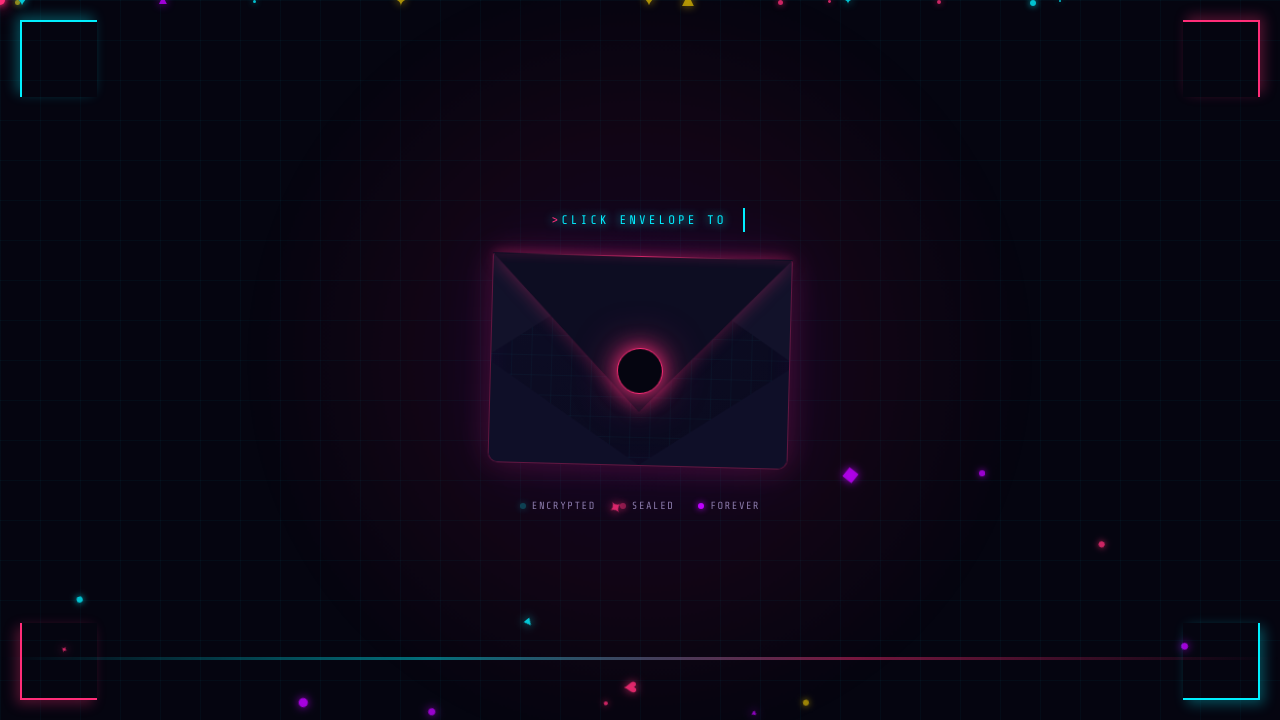
Repository: Markpol2003/letter
Page: /
An editor plug-in stored every save of this project. The page is shown before and after the next save, followed by the edit.
The browser window is 1280 px wide. The pictures show the whole page.
The project was rebuilt for these pictures with package versions that can differ from the ones it lists, and the page was loaded fresh each time. Also part of the build but not shown: vite.config.js, src/components/TextPortrait.module.css, src/components/TextPortrait.jsx, src/components/LetterOverlay.module.css, src/components/LetterOverlay.jsx, src/components/DecryptOverlay.module.css, src/components/DecryptOverlay.jsx.

Above is the page before, as saved 2026-03-16 17:20:15.

### index.html
<!doctype html>
<html lang="en">
  <head>
    <meta charset="UTF-8" />
    <link rel="icon" type="image/svg+xml" href="/favicon.svg" />
    <meta name="viewport" content="width=device-width, initial-scale=1.0" />
    <title>Secret</title>
  </head>
  <body>
    <div id="root"></div>
    <script type="module" src="/src/main.jsx"></script>
  </body>
</html>

### src/index.css
@import url('https://fonts.googleapis.com/css2?family=Share+Tech+Mono&family=Orbitron:wght@400;700;900&family=Rajdhani:wght@300;400;600&display=swap');

*, *::before, *::after {
  margin: 0;
  padding: 0;
  box-sizing: border-box;
}

html {
  font-size: 16px;
}

:root {
  --neon-pink:    #ff2d78;
  --neon-purple:  #bf00ff;
  --neon-cyan:    #00f0ff;
  --neon-gold:    #ffd700;
  --dark-bg:      #050510;
  --dark-card:    #0a0a1a;
  --dark-glass:   rgba(8, 8, 22, 0.82);
  --text-primary: #f0e6ff;
  --text-muted:   #8a7aaa;
}

body {
  background: var(--dark-bg);
  font-family: 'Rajdhani', sans-serif;
  overflow: hidden;
}

### src/App.jsx
import { useState, useCallback } from 'react';
import Background     from './components/Background';
import Particles      from './components/Particles';
import HintText       from './components/HintText';
import Envelope       from './components/Envelope';
import StatsRow       from './components/StatsRow';
import LetterOverlay  from './components/LetterOverlay';
import CursorEffect   from './components/CursorEffect';
import BootIntro      from './components/BootIntro';
import DecryptOverlay from './components/DecryptOverlay';
import Confetti       from './components/Confetti';
import styles         from './App.module.css';

/* stages: 'boot' → 'main' → 'decrypt' → 'letter' */

export default function App() {
  const [stage,        setStage]        = useState('boot');
  const [envelopeOpen, setEnvelopeOpen] = useState(false);
  const [confetti,     setConfetti]     = useState(false);

  /* boot done → show main screen */
  const handleBootDone = useCallback(() => setStage('main'), []);

  /* envelope clicked → start decrypt */
  const handleEnvelopeClick = useCallback(() => {
    if (stage !== 'main') return;
    setEnvelopeOpen(true);
    setStage('decrypt');
  }, [stage]);

  /* decrypt done → show letter + confetti */
  const handleDecryptDone = useCallback(() => {
    setStage('letter');
    setConfetti(true);
    setTimeout(() => setConfetti(false), 4000);
  }, []);

  /* close letter → back to main */
  const handleClose = useCallback(() => {
    setStage('main');
    setEnvelopeOpen(false);
  }, []);

  return (
    <div className={styles.app}>
      <CursorEffect />

      {/* always mounted */}
      <Background />
      <Particles />

      {/* boot intro */}
      {stage === 'boot' && (
        <BootIntro onDone={handleBootDone} />
      )}

      {/* main scene */}
      {(stage === 'main' || stage === 'decrypt' || stage === 'letter') && (
        <>
          <HintText />
          <Envelope
            isOpen={envelopeOpen}
            onClick={handleEnvelopeClick}
          />
          <StatsRow />
        </>
      )}

      {/* decrypt overlay */}
      {stage === 'decrypt' && (
        <DecryptOverlay onDone={handleDecryptDone} />
      )}

      {/* letter */}
      {stage === 'letter' && (
        <LetterOverlay onClose={handleClose} />
      )}

      {/* confetti */}
      <Confetti active={confetti} />
    </div>
  );
}

### src/components/Background.jsx
import styles from './Background.module.css';

export default function Background() {
  return (
    <>
      <div className={styles.gridBg}    />
      <div className={styles.glowCenter}/>
      <div className={styles.scanline}  />
      <div className={`${styles.cornerDecor} ${styles.tl}`}/>
      <div className={`${styles.cornerDecor} ${styles.tr}`}/>
      <div className={`${styles.cornerDecor} ${styles.bl}`}/>
      <div className={`${styles.cornerDecor} ${styles.br}`}/>
    </>
  );
}

### src/components/Particles.jsx
import { useMemo } from 'react';
import styles from './Particles.module.css';

const COLORS = [
  'rgba(255,45,120,0.8)',
  'rgba(0,240,255,0.8)',
  'rgba(191,0,255,0.8)',
  'rgba(255,215,0,0.6)',
];
const SHAPES = ['♥','◆','▲','✦','●'];

export default function Particles() {
  const items = useMemo(() => {
    const count = window.innerWidth < 480 ? 14 : 28;
    return Array.from({ length: count }, (_, i) => {
      const useShape = Math.random() > 0.5;
      const color    = COLORS[Math.floor(Math.random() * COLORS.length)];
      return {
        id:       i,
        useShape,
        color,
        shape:    SHAPES[Math.floor(Math.random() * SHAPES.length)],
        left:     Math.random() * 100,
        size:     useShape ? null : 2 + Math.random() * 4,
        fontSize: useShape ? 0.5 + Math.random() * 0.9 : null,
        duration: 8  + Math.random() * 14,
        delay:    Math.random() * 10,
      };
    });
  }, []);

  return (
    <div className={styles.container}>
      {items.map(p => (
        <span
          key={p.id}
          className={styles.particle}
          style={{
            left:              `${p.left}vw`,
            width:             p.useShape ? 0 : `${p.size}px`,
            height:            p.useShape ? 0 : `${p.size}px`,
            fontSize:          p.useShape ? `${p.fontSize}rem` : 0,
            background:        p.useShape ? 'transparent' : p.color,
            color:             p.color,
            boxShadow:         p.useShape ? 'none' : `0 0 6px ${p.color}`,
            textShadow:        '0 0 8px currentColor',
            animationDuration: `${p.duration}s`,
            animationDelay:    `${p.delay}s`,
          }}
        >
          {p.useShape ? p.shape : null}
        </span>
      ))}
    </div>
  );
}

### src/components/HintText.jsx
import { useEffect, useState } from 'react';
import styles from './HintText.module.css';

const MSG = 'click envelope to decrypt message';

export default function HintText() {
  const [text, setText] = useState('');
  const [done, setDone] = useState(false);

  useEffect(() => {
    setText('');
    setDone(false);
    let i = 0;

    const t = setInterval(() => {
      // increment first, then slice — no off-by-one
      i++;
      setText(MSG.slice(0, i));

      if (i >= MSG.length) {
        clearInterval(t);
        setDone(true);
      }
    }, 65);

    return () => clearInterval(t);
  }, []);

  return (
    <p className={`${styles.hint} ${done ? styles.done : ''}`}>
      {text}
    </p>
  );
}

### src/components/Envelope.jsx
import styles from './Envelope.module.css';

export default function Envelope({ isOpen, onClick }) {
  return (
    <div
      className={`${styles.wrapper} ${isOpen ? styles.open : ''}`}
      onClick={onClick}
      role="button"
      tabIndex={0}
      onKeyDown={e => e.key === 'Enter' && onClick()}
      aria-label="Open love letter"
    >
      <div className={styles.envelope}>
        <div className={styles.envBody}>
          <div className={styles.envLeft}  />
          <div className={styles.envRight} />
          <div className={styles.envBottom}/>
        </div>
        <div className={styles.envFlap} />
        <div className={styles.seal}>💗</div>
      </div>
    </div>
  );
}

### src/components/StatsRow.jsx
import styles from './StatsRow.module.css';

const STATS = [
  { label: 'ENCRYPTED', cls: 'cyan'   },
  { label: 'SEALED',    cls: 'pink'   },
  { label: 'FOREVER',   cls: 'purple' },
];

export default function StatsRow() {
  return (
    <div className={styles.row}>
      {STATS.map(s => (
        <div key={s.label} className={styles.chip}>
          <span className={`${styles.dot} ${styles[s.cls]}`} />
          {s.label}
        </div>
      ))}
    </div>
  );
}

### src/components/BootIntro.jsx
import { useEffect, useState } from 'react';
import styles from './BootIntro.module.css';

const BOOT_LINES = [
  { text: 'BIOS v2.0.78 initialized...',          delay: 0    },
  { text: 'Loading kernel modules...',             delay: 300  },
  { text: 'Mounting file system... OK',            delay: 600  },
  { text: 'Checking memory integrity... PASSED',   delay: 900  },
  { text: 'Network interface... ONLINE',           delay: 1200 },
  { text: 'Encryption layer... ACTIVE',            delay: 1500 },
  { text: 'Scanning for packages...',              delay: 1800 },
  { text: '> Found: SECRET_MSG.enc [1 file]',      delay: 2100 },
  { text: 'Decryption key... VERIFIED ✓',          delay: 2500 },
  { text: 'Launching LETTER.EXE...',               delay: 2900 },
];

export default function BootIntro({ onDone }) {
  const [lines,   setLines]   = useState([]);
  const [barW,    setBarW]    = useState(0);
  const [exiting, setExiting] = useState(false);

  useEffect(() => {
    /* reveal lines one by one */
    const timers = BOOT_LINES.map((l, i) =>
      setTimeout(() => {
        setLines(prev => [...prev, l.text]);
        setBarW(Math.round(((i + 1) / BOOT_LINES.length) * 100));
      }, l.delay)
    );

    /* exit after last line */
    const exitTimer = setTimeout(() => {
      setExiting(true);
      setTimeout(onDone, 700);
    }, 3600);

    return () => {
      timers.forEach(clearTimeout);
      clearTimeout(exitTimer);
    };
  }, [onDone]);

  return (
    <div className={`${styles.wrap} ${exiting ? styles.exit : ''}`}>
      <div className={styles.screen}>

        {/* top bar */}
        <div className={styles.topBar}>
          <span className={styles.topBarDot} />
          <span className={styles.topBarDot} />
          <span className={styles.topBarDot} />
          <span className={styles.topBarTitle}>SYSTEM_BOOT.exe</span>
        </div>

        {/* lines */}
        <div className={styles.lines}>
          {lines.map((l, i) => (
            <div key={i} className={styles.line}>
              <span className={styles.prompt}>{'>'}</span>
              <span className={styles.lineText}>{l}</span>
            </div>
          ))}

          {/* blinking cursor on last line */}
          {lines.length < BOOT_LINES.length && (
            <div className={styles.line}>
              <span className={styles.prompt}>{'>'}</span>
              <span className={styles.caret}>█</span>
            </div>
          )}
        </div>

        {/* progress bar */}
        <div className={styles.barWrap}>
          <div className={styles.barLabel}>
            LOADING {barW}%
          </div>
          <div className={styles.barTrack}>
            <div
              className={styles.barFill}
              style={{ width: `${barW}%` }}
            />
          </div>
        </div>

      </div>
    </div>
  );
}

### src/App.module.css
.app {
  min-height: 100vh;
  min-height: 100dvh;
  display: flex;
  flex-direction: column;
  align-items: center;
  justify-content: center;
  position: relative;
  overflow: hidden;
}

### src/components/Background.module.css
.gridBg {
  position: fixed;
  inset: 0;
  background-image:
    linear-gradient(rgba(0,240,255,0.035) 1px, transparent 1px),
    linear-gradient(90deg, rgba(0,240,255,0.035) 1px, transparent 1px);
  background-size: 40px 40px;
  z-index: 0;
  pointer-events: none;
}

.glowCenter {
  position: fixed;
  top: 50%; left: 50%;
  transform: translate(-50%, -50%);
  width: clamp(300px, 80vw, 700px);
  height: clamp(300px, 80vw, 700px);
  background: radial-gradient(
    circle,
    rgba(191,0,255,0.12)  0%,
    rgba(255,45,120,0.08) 40%,
    transparent           70%
  );
  border-radius: 50%;
  pointer-events: none;
  z-index: 0;
  animation: breathe 4s ease-in-out infinite;
}
@keyframes breathe {
  0%,100% { transform: translate(-50%,-50%) scale(1);   opacity: 1;   }
  50%      { transform: translate(-50%,-50%) scale(1.2); opacity: 0.6; }
}

.scanline {
  position: fixed;
  top: 0; left: 0;
  width: 100%; height: 3px;
  background: linear-gradient(90deg,
    transparent, var(--neon-cyan), var(--neon-pink), transparent);
  animation: scanDown 6s linear infinite;
  opacity: 0.45;
  z-index: 1;
  pointer-events: none;
}
@keyframes scanDown {
  0%   { top: -3px;  }
  100% { top: 100vh; }
}

.cornerDecor {
  position: fixed;
  width: clamp(40px, 6vw, 80px);
  height: clamp(40px, 6vw, 80px);
  pointer-events: none;
  z-index: 1;
}
.tl {
  top: clamp(10px,2vw,20px);
  left: clamp(10px,2vw,20px);
  border-top:  2px solid var(--neon-cyan);
  border-left: 2px solid var(--neon-cyan);
  box-shadow: -4px -4px 12px rgba(0,240,255,0.3);
}
.tr {
  top: clamp(10px,2vw,20px);
  right: clamp(10px,2vw,20px);
  border-top:   2px solid var(--neon-pink);
  border-right: 2px solid var(--neon-pink);
  box-shadow: 4px -4px 12px rgba(255,45,120,0.3);
}
.bl {
  bottom: clamp(10px,2vw,20px);
  left: clamp(10px,2vw,20px);
  border-bottom: 2px solid var(--neon-pink);
  border-left:   2px solid var(--neon-pink);
  box-shadow: -4px 4px 12px rgba(255,45,120,0.3);
}
.br {
  bottom: clamp(10px,2vw,20px);
  right: clamp(10px,2vw,20px);
  border-bottom: 2px solid var(--neon-cyan);
  border-right:  2px solid var(--neon-cyan);
  box-shadow: 4px 4px 12px rgba(0,240,255,0.3);
}

@media (max-width: 480px) {
  .cornerDecor { display: none; }
}

### src/components/Particles.module.css
.container {
  position: fixed;
  inset: 0;
  pointer-events: none;
  z-index: 0;
}
.particle {
  position: absolute;
  border-radius: 50%;
  display: flex;
  align-items: center;
  justify-content: center;
  animation: floatUp linear infinite;
}
@keyframes floatUp {
  0%   { transform: translateY(110vh) rotate(0deg);   opacity: 0; }
  10%  { opacity: 1; }
  90%  { opacity: 1; }
  100% { transform: translateY(-10vh) rotate(720deg); opacity: 0; }
}

### src/components/HintText.module.css
.hint {
  position: relative;
  z-index: 2;
  font-family: 'Share Tech Mono', monospace;
  font-size: clamp(0.6rem, 1.8vw, 0.78rem);
  letter-spacing: clamp(1px, 0.5vw, 3px);
  text-transform: uppercase;
  color: var(--neon-cyan);
  margin-bottom: clamp(16px, 3vw, 30px);
  text-shadow: 0 0 10px var(--neon-cyan);
  text-align: center;
  padding: 0 16px;

  /* fixed height so the page doesn't jump while typing */
  min-height: 2em;
  display: flex;
  align-items: center;
  justify-content: center;

  /* cursor blink while typing */
  border-right: 2px solid var(--neon-cyan);
  white-space: nowrap;
  overflow: hidden;
}

/* remove cursor when done typing */
.done {
  border-right: 2px solid transparent;
  /* subtle pulse after typing finishes */
  animation: pulse 3s ease-in-out infinite;
}

@keyframes pulse {
  0%,100% { opacity: 1;   }
  50%      { opacity: 0.5; }
}

.hint::before {
  content: '> ';
  color: var(--neon-pink);
  flex-shrink: 0;
}

/* on very small screens allow wrapping */
@media (max-width: 380px) {
  .hint {
    white-space: normal;
    border-right: none;
    font-size: 0.6rem;
    letter-spacing: 1px;
    text-align: center;
    animation: pulse 3s ease-in-out infinite;
  }
  .done {
    border-right: none;
  }
}

### src/components/StatsRow.module.css
.row {
  position: relative;
  z-index: 2;
  display: flex;
  flex-wrap: wrap;
  gap: clamp(10px, 2.5vw, 24px);
  margin-top: clamp(16px, 3vw, 28px);
  justify-content: center;
}
.chip {
  font-family: 'Share Tech Mono', monospace;
  font-size: clamp(0.55rem, 1.5vw, 0.65rem);
  letter-spacing: 1.5px;
  text-transform: uppercase;
  color: var(--text-muted);
  display: flex; align-items: center; gap: 6px;
}
.dot {
  width: 6px; height: 6px;
  border-radius: 50%;
  flex-shrink: 0;
  animation: blink 2s ease-in-out infinite;
}
.cyan   { background: var(--neon-cyan);   box-shadow: 0 0 6px var(--neon-cyan);   }
.pink   { background: var(--neon-pink);   box-shadow: 0 0 6px var(--neon-pink);   animation-delay: 0.6s;  }
.purple { background: var(--neon-purple); box-shadow: 0 0 6px var(--neon-purple); animation-delay: 1.2s; }
@keyframes blink {
  0%,100% { opacity: 1;   }
  50%      { opacity: 0.2; }
}

### src/components/CursorEffect.module.css
/* hide on touch devices */
@media (hover: none) and (pointer: coarse) {
  .cursor, .ring { display: none; }
}

.cursor {
  position: fixed;
  top:  0;
  left: 0;
  margin-left: -5px;
  margin-top:  -5px;
  width:  10px;
  height: 10px;
  border-radius: 50%;
  background: var(--neon-pink);
  box-shadow:
    0 0 6px  var(--neon-pink),
    0 0 14px var(--neon-pink),
    0 0 28px rgba(255,45,120,0.5);
  pointer-events: none;
  z-index: 99999;
  transition:
    width      0.2s ease,
    height     0.2s ease,
    background 0.2s ease,
    box-shadow 0.2s ease;
  will-change: transform;
}

.cursorHover {
  width:  6px;
  height: 6px;
  background: var(--neon-cyan);
  box-shadow:
    0 0 8px  var(--neon-cyan),
    0 0 20px var(--neon-cyan);
}

.ring {
  position: fixed;
  top:  0;
  left: 0;
  margin-left: -20px;
  margin-top:  -20px;
  width:  40px;
  height: 40px;
  border-radius: 50%;
  border: 1.5px solid var(--neon-pink);
  box-shadow:
    0 0 8px rgba(255,45,120,0.4),
    inset 0 0 8px rgba(255,45,120,0.1);
  pointer-events: none;
  z-index: 99998;
  transition:
    width        0.3s ease,
    height       0.3s ease,
    border-color 0.3s ease,
    box-shadow   0.3s ease;
  will-change: transform;
}

.ringHover {
  width:  60px;
  height: 60px;
  border-color: var(--neon-cyan);
  box-shadow:
    0 0 16px rgba(0,240,255,0.5),
    inset 0 0 16px rgba(0,240,255,0.1);
}

.trail {
  position: fixed;
  pointer-events: none;
  z-index: 99997;
  transform: translate(-50%, -50%);
  animation: trailFade 0.6s ease-out forwards;
}
@keyframes trailFade {
  0% {
    opacity: 1;
    transform: translate(-50%, -50%) scale(1);
  }
  100% {
    opacity: 0;
    transform: translate(
      calc(-50% + var(--dx)),
      calc(-50% + var(--dy))
    ) scale(0.2);
  }
}

.burst {
  position: fixed;
  pointer-events: none;
  z-index: 99999;
  transform: translate(-50%, -50%);
  animation: burstFly 0.8s cubic-bezier(0.2,0.8,0.4,1) forwards;
  font-family: sans-serif;
  line-height: 1;
}
@keyframes burstFly {
  0% {
    opacity: 1;
    transform: translate(-50%, -50%) scale(0.5);
  }
  60% { opacity: 1; }
  100% {
    opacity: 0;
    transform: translate(
      calc(-50% + var(--bx)),
      calc(-50% + var(--by))
    ) scale(1.2);
  }
}

.ripple {
  position: fixed;
  pointer-events: none;
  z-index: 99996;
  transform: translate(-50%, -50%);
  width:  10px;
  height: 10px;
  border-radius: 50%;
  border: 2px solid var(--neon-pink);
  box-shadow: 0 0 10px var(--neon-pink);
  animation: rippleOut 0.7s ease-out forwards;
}
@keyframes rippleOut {
  0% {
    width: 10px; height: 10px;
    opacity: 1;
    border-color: var(--neon-pink);
    box-shadow: 0 0 10px var(--neon-pink);
  }
  100% {
    width: 100px; height: 100px;
    opacity: 0;
    border-color: var(--neon-cyan);
    box-shadow: 0 0 30px var(--neon-cyan);
  }
}

### src/components/Confetti.module.css
.container {
  position: fixed;
  inset: 0;
  pointer-events: none;
  z-index: 9997;
  overflow: hidden;
}
.piece {
  position: absolute;
  pointer-events: none;
  will-change: transform, opacity;
  display: flex;
  align-items: center;
  justify-content: center;
  line-height: 1;
}

Loaded but not shown: src/main.jsx (common file); src/components/Envelope.module.css (191 lines, source omitted); src/components/CursorEffect.jsx (150 lines, source omitted); src/components/BootIntro.module.css (139 lines, source omitted); src/components/Confetti.jsx (103 lines, source omitted)

After the next save:
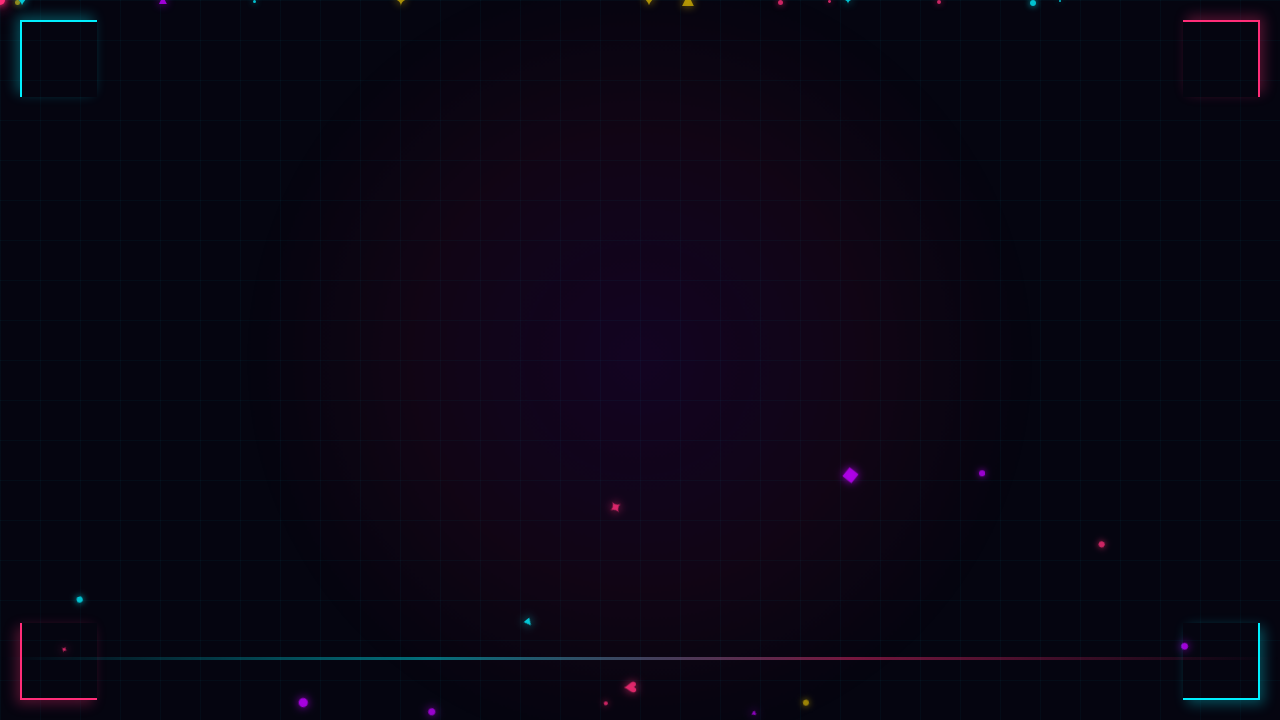
Saved 5 min 42 s later.
--- a/src/components/BootIntro.jsx
+++ b/src/components/BootIntro.jsx
@@ -1,87 +1,80 @@
 import { useEffect, useState } from 'react';
 import styles from './BootIntro.module.css';
 
-const BOOT_LINES = [
-  { text: 'BIOS v2.0.78 initialized...',          delay: 0    },
-  { text: 'Loading kernel modules...',             delay: 300  },
-  { text: 'Mounting file system... OK',            delay: 600  },
-  { text: 'Checking memory integrity... PASSED',   delay: 900  },
-  { text: 'Network interface... ONLINE',           delay: 1200 },
-  { text: 'Encryption layer... ACTIVE',            delay: 1500 },
-  { text: 'Scanning for packages...',              delay: 1800 },
-  { text: '> Found: SECRET_MSG.enc [1 file]',      delay: 2100 },
-  { text: 'Decryption key... VERIFIED ✓',          delay: 2500 },
-  { text: 'Launching LETTER.EXE...',               delay: 2900 },
+const LINES = [
+  'SYSTEM ONLINE...',
+  'LOADING SECRET FILE...',
+  'ACCESS GRANTED ✓',
 ];
 
 export default function BootIntro({ onDone }) {
-  const [lines,   setLines]   = useState([]);
-  const [barW,    setBarW]    = useState(0);
-  const [exiting, setExiting] = useState(false);
+  const [lineIndex, setLineIndex] = useState(0);
+  const [typed,     setTyped]     = useState('');
+  const [exiting,   setExiting]   = useState(false);
 
   useEffect(() => {
-    /* reveal lines one by one */
-    const timers = BOOT_LINES.map((l, i) =>
-      setTimeout(() => {
-        setLines(prev => [...prev, l.text]);
-        setBarW(Math.round(((i + 1) / BOOT_LINES.length) * 100));
-      }, l.delay)
-    );
+    let charIndex = 0;
+    let currentLine = 0;
+    let typingTimer;
+    let lineTimer;
 
-    /* exit after last line */
-    const exitTimer = setTimeout(() => {
-      setExiting(true);
-      setTimeout(onDone, 700);
-    }, 3600);
+    const typeNextLine = () => {
+      const line = LINES[currentLine];
+      charIndex = 0;
+      setTyped('');
+
+      typingTimer = setInterval(() => {
+        charIndex++;
+        setTyped(line.slice(0, charIndex));
+
+        if (charIndex >= line.length) {
+          clearInterval(typingTimer);
+
+          /* pause then move to next line or exit */
+          lineTimer = setTimeout(() => {
+            currentLine++;
+            setLineIndex(currentLine);
+
+            if (currentLine >= LINES.length) {
+              /* all lines done — exit */
+              setExiting(true);
+              setTimeout(onDone, 800);
+            } else {
+              typeNextLine();
+            }
+          }, 600);
+        }
+      }, 55);
+    };
+
+    typeNextLine();
 
     return () => {
-      timers.forEach(clearTimeout);
-      clearTimeout(exitTimer);
+      clearInterval(typingTimer);
+      clearTimeout(lineTimer);
     };
   }, [onDone]);
 
   return (
     <div className={`${styles.wrap} ${exiting ? styles.exit : ''}`}>
-      <div className={styles.screen}>
+      <div className={styles.box}>
 
-        {/* top bar */}
-        <div className={styles.topBar}>
-          <span className={styles.topBarDot} />
-          <span className={styles.topBarDot} />
-          <span className={styles.topBarDot} />
-          <span className={styles.topBarTitle}>SYSTEM_BOOT.exe</span>
-        </div>
+        {/* solved lines */}
+        {LINES.slice(0, lineIndex).map((l, i) => (
+          <div key={i} className={styles.solvedLine}>
+            <span className={styles.prompt}>{'>'}</span>
+            <span>{l}</span>
+          </div>
+        ))}
 
-        {/* lines */}
-        <div className={styles.lines}>
-          {lines.map((l, i) => (
-            <div key={i} className={styles.line}>
-              <span className={styles.prompt}>{'>'}</span>
-              <span className={styles.lineText}>{l}</span>
-            </div>
-          ))}
-
-          {/* blinking cursor on last line */}
-          {lines.length < BOOT_LINES.length && (
-            <div className={styles.line}>
-              <span className={styles.prompt}>{'>'}</span>
-              <span className={styles.caret}>█</span>
-            </div>
-          )}
-        </div>
-
-        {/* progress bar */}
-        <div className={styles.barWrap}>
-          <div className={styles.barLabel}>
-            LOADING {barW}%
+        {/* currently typing line */}
+        {lineIndex < LINES.length && (
+          <div className={styles.activeLine}>
+            <span className={styles.prompt}>{'>'}</span>
+            <span>{typed}</span>
+            <span className={styles.caret}>█</span>
           </div>
-          <div className={styles.barTrack}>
-            <div
-              className={styles.barFill}
-              style={{ width: `${barW}%` }}
-            />
-          </div>
-        </div>
+        )}
 
       </div>
     </div>
